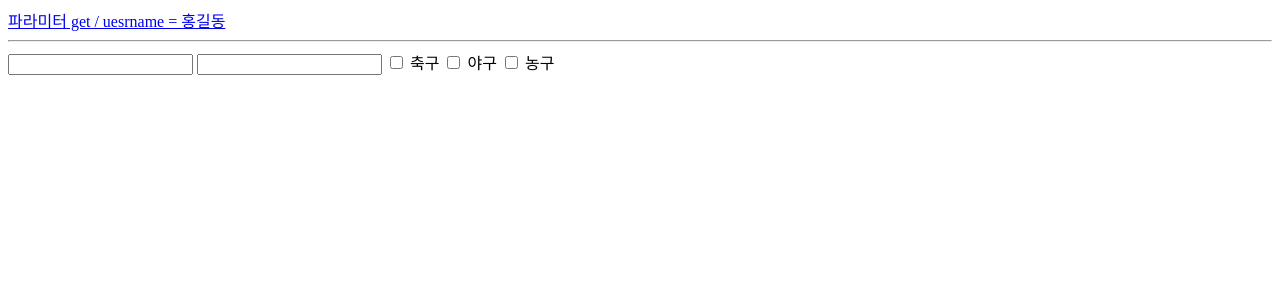
Repository: wo-ody/temptemp
Page: WebBasic/WebContent/ParameterTest.html
The author's editor kept a copy of each file at every save. The page is drawn from the files as they stood at one save, then again after the next save.
The browser window is 1280 px wide. The pictures show the whole page.

Above is the page before, as saved 2023-09-14 06:37:00.

### WebBasic/WebContent/ParameterTest.html
<!DOCTYPE html>
<html>
<head>
<meta charset="UTF-8">
<title>Insert title here</title>
</head>
<body>

	<a href="/WebBasic/reqres?username=홍길동">파라미터 get / uesrname = 홍길동</a>
	<hr>
	<form>
		<input type="text" name="username">
		<input type="password" name="username">
		<input type="checkbox" name="hobby" value="football"> 축구
		<input type="checkbox" name="hobby" value="baseball"> 야구
		<input type="checkbox" name="hobby" value="basketball"> 농구
	</form>
</body>
</html>

After the next save:
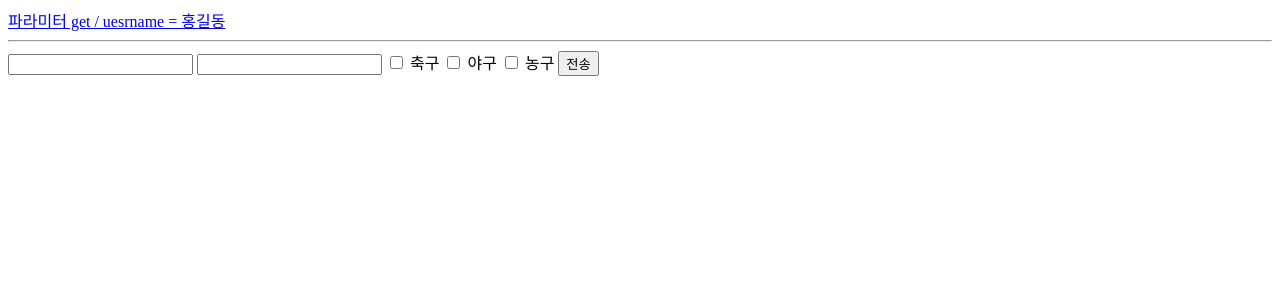
Saved 2 min 27 s later.
--- a/WebBasic/WebContent/ParameterTest.html
+++ b/WebBasic/WebContent/ParameterTest.html
@@ -8,12 +8,13 @@
 
 	<a href="/WebBasic/reqres?username=홍길동">파라미터 get / uesrname = 홍길동</a>
 	<hr>
-	<form>
+	<form action="/WebBasic/reqres" method="post">
 		<input type="text" name="username">
 		<input type="password" name="username">
 		<input type="checkbox" name="hobby" value="football"> 축구
 		<input type="checkbox" name="hobby" value="baseball"> 야구
 		<input type="checkbox" name="hobby" value="basketball"> 농구
+		<button type="submit">전송</button>
 	</form>
 </body>
 </html>
